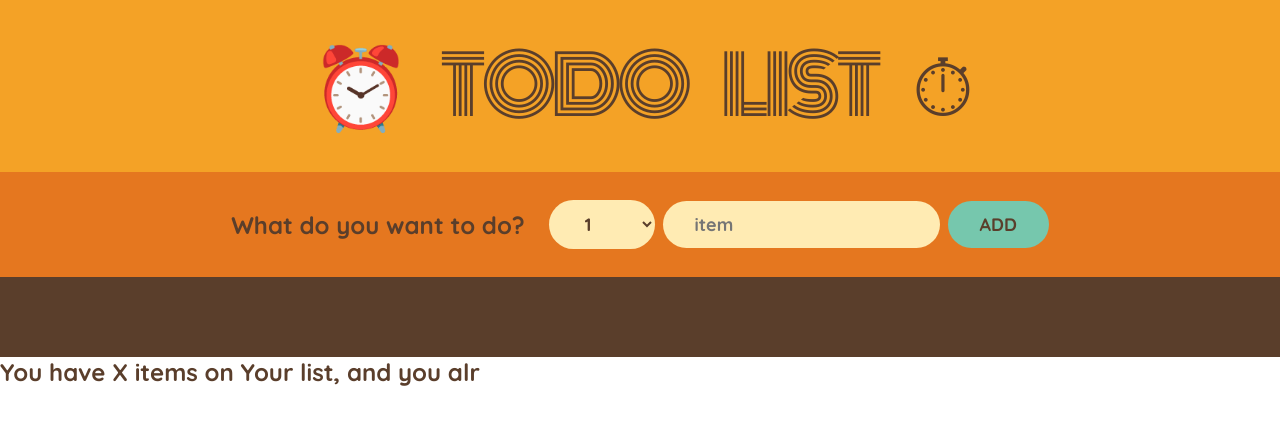
Repository: noemiepham/travel-list-react
Page: /
The author's editor kept a copy of each file at every save. The page is drawn from the files as they stood at one save, then again after the next save.
The browser window is 1280 px wide. The pictures show the whole page.
The project was rebuilt for these pictures with package versions that can differ from the ones it lists, and the page was loaded fresh each time.

Above is the page before, as saved 2023-12-10 08:22:53.

After the next save:
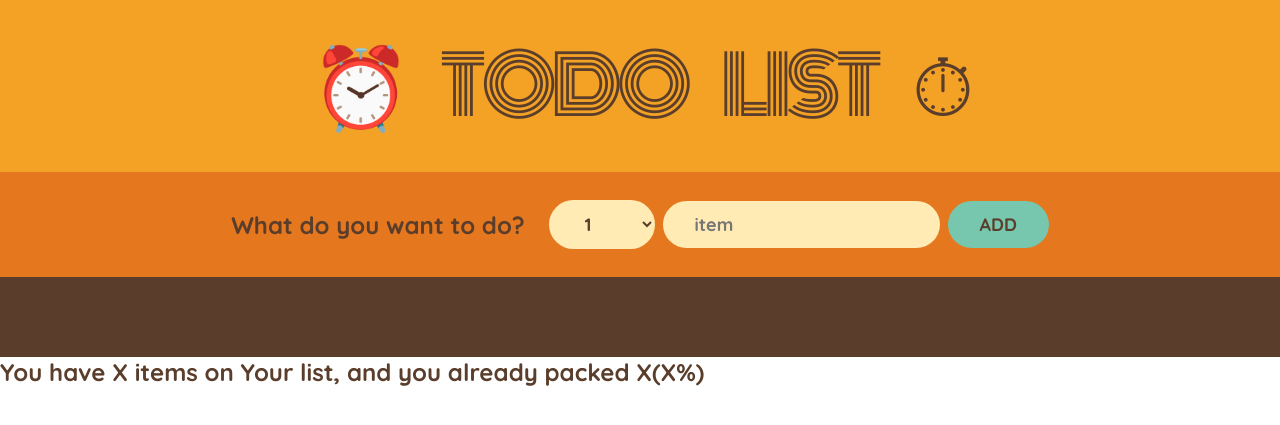
Saved 15 s later.
--- a/src/App.js
+++ b/src/App.js
@@ -111,7 +111,7 @@ function List({ item, onToggleItem, onDelete }) {
 function Stats() {
   return (
     <div>
-      <h3> You have X items on Your list, and you alr</h3>
+      <h3> You have X items on Your list, and you already packed X(X%)</h3>
     </div>
   );
 }
